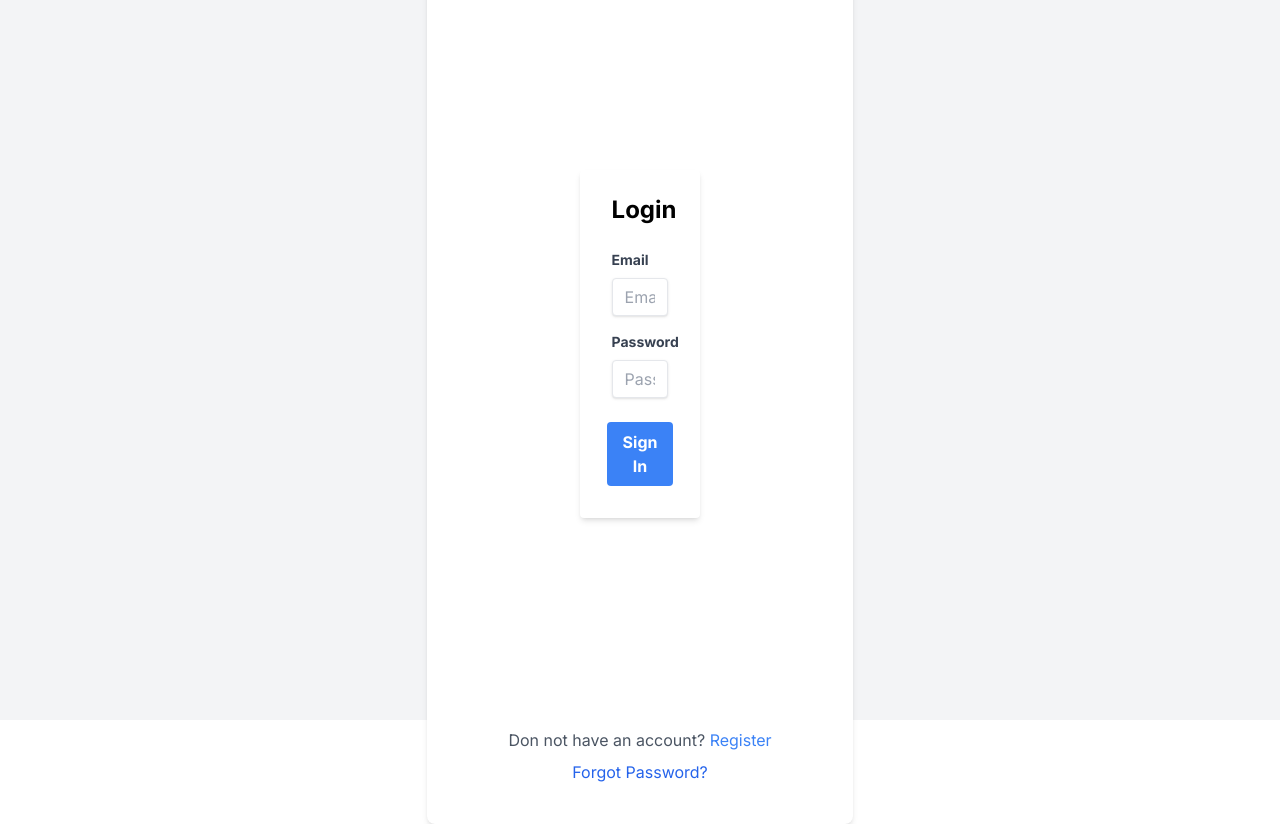
Repository: musabismael/expense-calculator-web
Page: /login
These files come from the project's save history. The page is drawn as it stood at one moment and after the next save; the edit follows.
The browser window is 1280 px wide. The pictures show the whole page.
The project was rebuilt for these pictures with package versions that can differ from the ones it lists, and the page was loaded fresh each time. The framework's server and built-in components were replaced by stand-ins that run in the browser. Also part of the build but not shown: next.config.js.

Above is the page before, as saved 2023-08-22 20:53:05.

### src/app/layout.tsx
import './globals.css'
import type { Metadata } from 'next'
import { Inter } from 'next/font/google'

const inter = Inter({ subsets: ['latin'] })

export const metadata: Metadata = {
  title: 'Expense calculator',
  description: 'Generated by create next app',
}

export default function RootLayout({
  children,
}: {
  children: React.ReactNode
}) {
  return (
    <html lang="en">
      <body className={inter.className}>{children}</body>
    </html>
  )
}

### src/app/login/page.jsx
import Link from 'next/link';
import LoginForm from '../../components/Auth/LoginForm';

function LoginPage() {
  return (

    <div className="flex justify-center items-center h-screen bg-gray-100">
      <div className="bg-white shadow-md rounded-lg px-8 py-10 w-1/3">
        <h2 className="text-2xl font-bold mb-6 text-center">Login</h2>
        <LoginForm />
        <div className="mt-4 text-center">
          <p className="text-gray-600">
            Don not have an account?{' '}
              <Link href="/register" className="text-blue-500 hover:underline">Register</Link>
          </p>
          <div className="mt-2">
            <Link  href="/forgot" className="text-blue-600 hover:underline">Forgot Password?</Link>
        </div>
        </div>

      </div>
    </div>
  );
}

export default LoginPage;

### src/components/Auth/LoginForm.jsx
"use client"

import { useState } from 'react';

function LoginForm() {
  const [email, setEmail] = useState('');
  const [password, setPassword] = useState('');

  const handleSubmit = (e) => {
    e.preventDefault();

    // Handle form submission (e.g., send login request to the server)
    console.log('Email:', email);
    console.log('Password:', password);
  };

  return (
    <div className="flex justify-center items-center h-screen">
      <form className="bg-white shadow-md rounded px-8 pt-6 pb-8 mb-4 w-1/3">
        <h2 className="text-2xl font-bold mb-6 text-center">Login</h2>
        <div className="mb-4">
          <label className="block text-gray-700 text-sm font-bold mb-2" htmlFor="email">
            Email
          </label>
          <input
            className="shadow appearance-none border rounded w-full py-2 px-3 text-gray-700 leading-tight focus:outline-none focus:shadow-outline"
            id="email"
            type="email"
            placeholder="Email"
            value={email}
            onChange={(e) => setEmail(e.target.value)}
          />
        </div>
        <div className="mb-6">
          <label className="block text-gray-700 text-sm font-bold mb-2" htmlFor="password">
            Password
          </label>
          <input
            className="shadow appearance-none border rounded w-full py-2 px-3 text-gray-700 leading-tight focus:outline-none focus:shadow-outline"
            id="password"
            type="password"
            placeholder="Password"
            value={password}
            onChange={(e) => setPassword(e.target.value)}
          />
        </div>
        <div className="flex items-center justify-center">
          <button
            className="bg-blue-500 hover:bg-blue-700 text-white font-bold py-2 px-4 rounded focus:outline-none focus:shadow-outline"
            type="submit"
            onClick={handleSubmit}
          >
            Sign In
          </button>
        </div>
      </form>
    </div>
  );
}

export default LoginForm;

Loaded but not shown: src/app/globals.css (common file); tailwind.config.ts (common file)

After the next save:
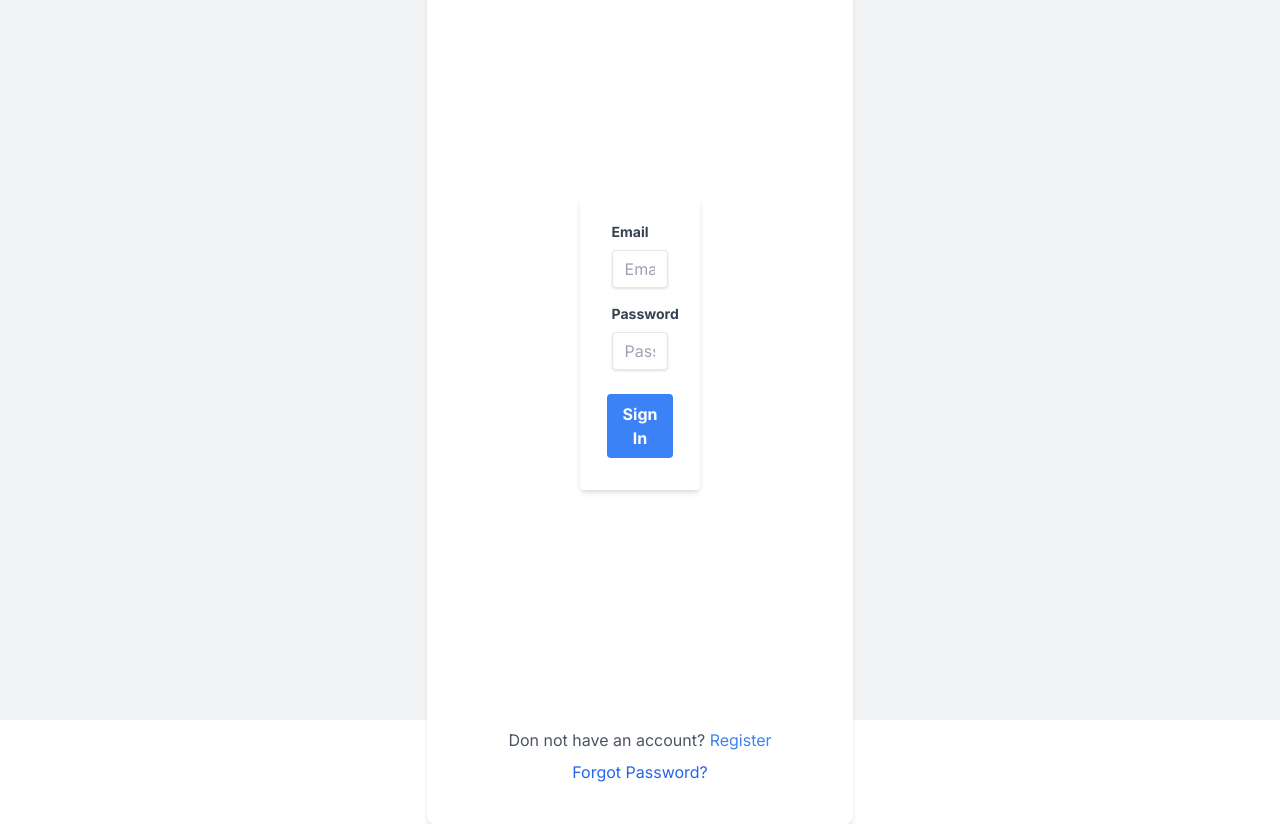
Saved 12 s later.
--- a/src/components/Auth/LoginForm.jsx
+++ b/src/components/Auth/LoginForm.jsx
@@ -17,7 +17,6 @@
   return (
     <div className="flex justify-center items-center h-screen">
       <form className="bg-white shadow-md rounded px-8 pt-6 pb-8 mb-4 w-1/3">
-        <h2 className="text-2xl font-bold mb-6 text-center">Login</h2>
         <div className="mb-4">
           <label className="block text-gray-700 text-sm font-bold mb-2" htmlFor="email">
             Email

After the save that followed:
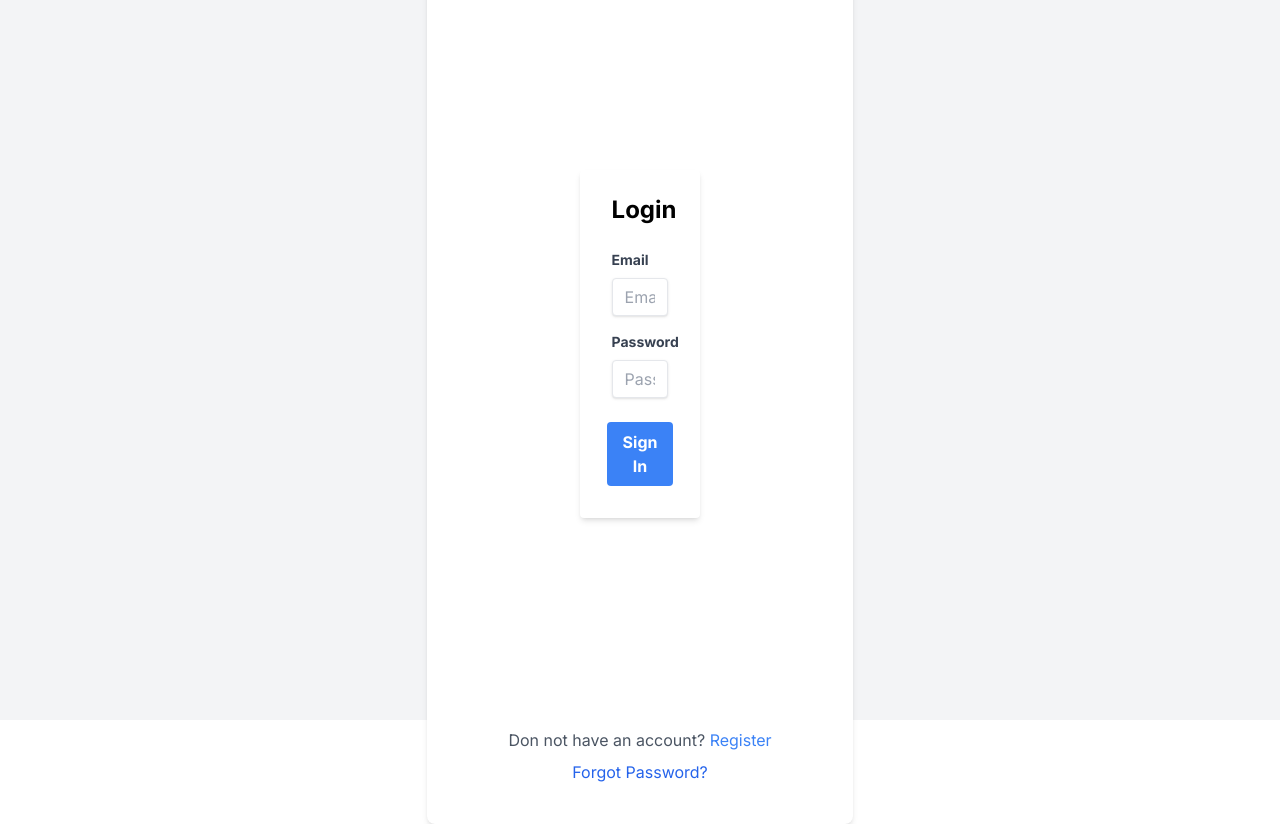
Saved 5 s later.
--- a/src/components/Auth/LoginForm.jsx
+++ b/src/components/Auth/LoginForm.jsx
@@ -17,6 +17,7 @@
   return (
     <div className="flex justify-center items-center h-screen">
       <form className="bg-white shadow-md rounded px-8 pt-6 pb-8 mb-4 w-1/3">
+        <h2 className="text-2xl font-bold mb-6 text-center">Login</h2>
         <div className="mb-4">
           <label className="block text-gray-700 text-sm font-bold mb-2" htmlFor="email">
             Email
